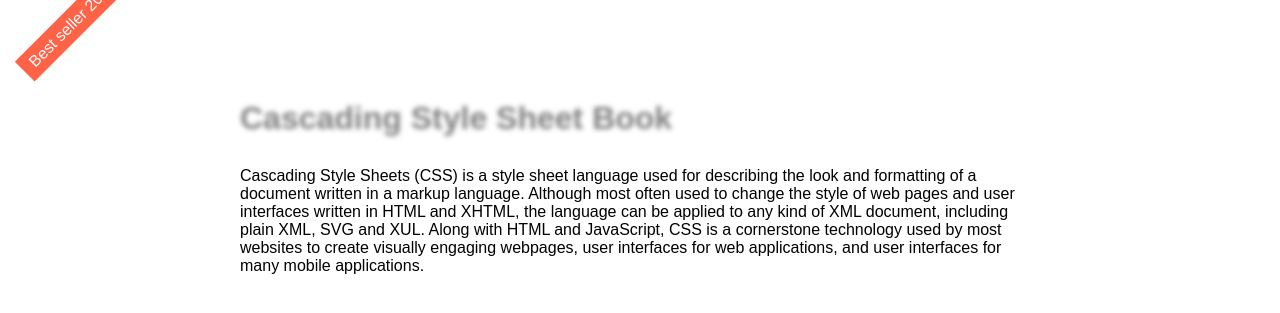
Repository: G1tHub-zer0/BTTH
Page: BTCSS/bai12.html
The author's editor kept a copy of each file at every save. The page is drawn from the files as they stood at one save, then again after a run of saves.
The browser window is 1280 px wide. The pictures show the whole page.

Above is the page before, as saved 2024-03-22 19:20:25.

After the next 2 saves:
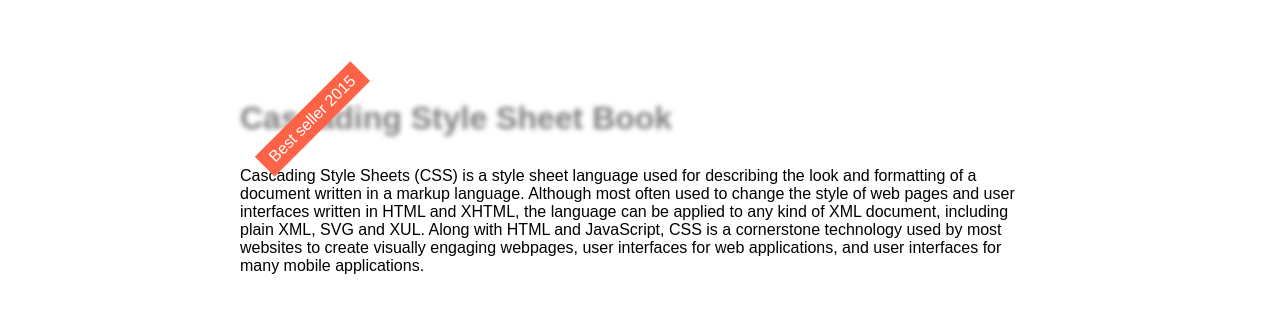
The 2 saves are shown as one change because they came seconds apart.
The last was saved 8 s later.
--- a/BTCSS/bai12.css
+++ b/BTCSS/bai12.css
@@ -13,12 +13,12 @@ p {
   margin-top: 30px;
 }
 .container {
-  /* position: relative; */
+  position: relative;
   margin-top: 100px;
 }
 .ribbon {
   position: absolute;
-  top: 10px;
+  top: 5px;
   left: 5px;
   background-color: #ff6347;
   color: #fff;
